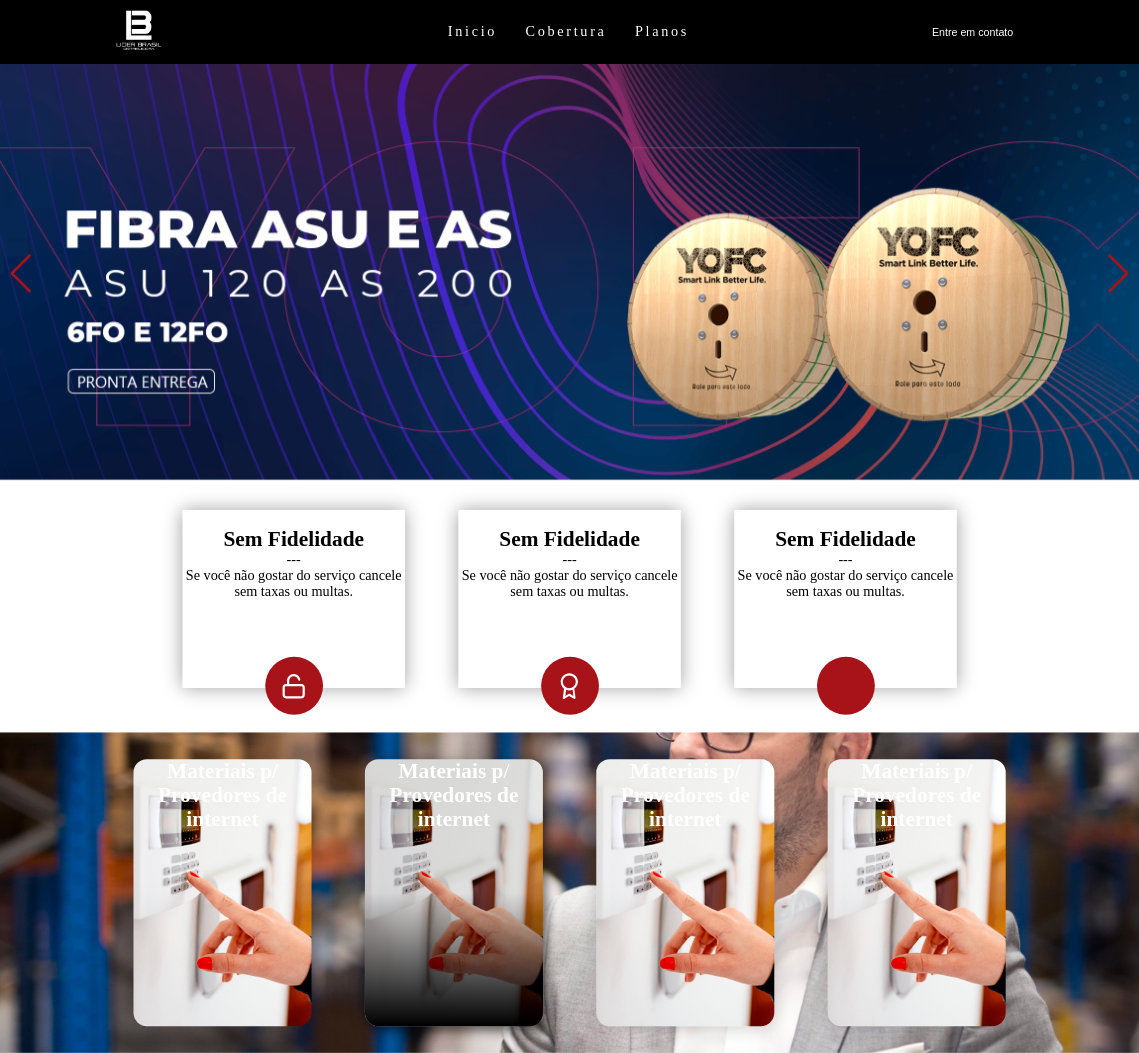
Repository: mateus-henrique-silva/Novo_institucional_lider
Page: index.html
These files come from the project's save history. The page is drawn as it stood at one moment and after a run of saves; the edit follows.
The browser window is 1280 px wide. The pictures show the whole page, at 89% of full size.
Backgrounds fixed to the window are drawn as part of the page. Some web fonts or font styles are not loaded; a fallback is used.

Above is the page before, as saved 2022-09-06 10:27:04.
Console error: SyntaxError: Identifier 'MobileNavbar' has already been declared

### index.html
<!DOCTYPE html>
<html lang="en">
  <head>
    <meta charset="UTF-8" />
    <meta http-equiv="X-UA-Compatible" content="IE=edge" />
    <meta name="viewport" content="width=device-width, initial-scale=1.0" />
    <meta
      name="viewport"
      content="width=device-width, user-scalable=yes, initial-scale=1.0, maximum-scale=10, minimum-scale=1.0"
    />
    <link rel="stylesheet" href="./src/CSS/Global.css" />
    <link rel="stylesheet" href="./src/CSS/Header/style.css" />
    <link rel="stylesheet" href="./src/CSS/Main/style.css" />
    <link rel="stylesheet" href="./src/CSS/Main/Carousel/styles.css" />
    <link rel="stylesheet" href="./src/CSS/Main/Box/style.css" />
    <link rel="stylesheet" href="./src/CSS/Main/Products/style.css" />
    <link
      rel="stylesheet"
      href="https://unpkg.com/swiper@8/swiper-bundle.min.css"
    />

    <title>Líder Brasil</title>
  </head>
  <body>
    <header>
      <nav>
        <a class="logo"
          ><img src="./src/Assets/Logo/lb.png" width="50" alt=""
        /></a>
        <div class="mobile-menu">
          <div class="line1"></div>
          <div class="line2"></div>
          <div class="line3"></div>
        </div>
        <ul class="nav-list">
          <li><a href="#network index.html">Inicio</a></li>
          <li><a href="#map-container">Cobertura</a></li>
          <li><a href="#container">Planos</a></li>
        </ul>
        <ul>
          <li style="list-style: none; font-size: 10px">
            <a
              href="#"
              style="
                font-size: 12px;
                padding: 10px;
                font-family: arial;
                color: white;
              "
              onclick="openForm()"
              class="contact-header"
              >Entre em contato</a
            >
          </li>
        </ul>
      </nav>
    </header>
    <main>
      <section>
        <div class="swiper">
          <div class="swiper-wrapper">
            <div class="swiper-slide">
              <div class="project-img">
                <img
                  src="./src/Assets/img/carrossel/desktop/drop-desktop.png"
                  alt="Foto 01"
                />
              </div>
              <div class="project-img" id="mobile-img">
                <img
                  src="./src/Assets/img/carrossel/mobile/drop-mobile.png"
                  alt="Foto 03"
                />
              </div>
            </div>
            <div class="swiper-slide">
              <div class="project-img">
                <img
                  src="./src/Assets/img/carrossel/desktop/escada-desktop.png"
                  alt="Foto 01"
                />
              </div>
              <div class="project-img" id="mobile-img">
                <img
                  src="./src/Assets/img/carrossel/mobile/escada-mobile.png"
                  alt="Foto 03"
                />
              </div>
            </div>
            <div class="swiper-slide">
              <div class="project-img">
                <img src="./src/Assets/img/teste6.png" alt="Foto 01" />
              </div>
              <div class="project-img" id="mobile-img">
                <img src="./src/Assets/img/foto_03.png" alt="Foto 03" />
              </div>
            </div>
          </div>
          <div class="swiper-button-next"></div>
          <div class="swiper-button-prev"></div>
          <div class="swiper-pagination"></div>
        </div>
      </section>
      <section>
        <div class="section-box">
          <!-- card 1 -->

          <ul>
            <li class="box">
              <div class="box-inter">
                <h1>Sem Fidelidade</h1>
                <p>---</p>

                <p>
                  Se você não gostar do serviço cancele sem taxas ou multas.
                </p>
              </div>

              <div class="obj">
                <img
                  src="./src/Assets/img/icons/unlock.svg"
                  alt="arrowup"
                  srcset=""
                />
              </div>
            </li>
            <!-- card 2 -->
            <li class="box">
              <div class="box-inter">
                <h1>Sem Fidelidade</h1>
                <p>---</p>

                <p>
                  Se você não gostar do serviço cancele sem taxas ou multas.
                </p>
              </div>

              <div class="obj">
                <img
                  src="./src/Assets/img/icons/award.svg"
                  alt="arrowup"
                  srcset=""
                />
              </div>
            </li>
            <!-- card 3 -->
            <li class="box">
              <div class="box-inter">
                <h1>Sem Fidelidade</h1>
                <p>---</p>

                <p>
                  Se você não gostar do serviço cancele sem taxas ou multas.
                </p>
              </div>

              <div class="obj">
                <img
                  src="./src/Assets/img/icons/chevrons-up.svg"
                  alt="arrowup"
                  srcset=""
                />
              </div>
            </li>
          </ul>
        </div>
      </section>

      <section>
        <div class="background">
          <img
            class="img"
            src="./src/Assets/img/icons/aBlack.svg"
            alt=""
            srcset=""
          />

          <ul>
            <li>
              <div class="products">
                <button>text</button>
                <div>
                  <h2>Materiais p/ Provedores de internet</h2>
                </div>

              </div>
            </li>

            <li>

              <div class="products">
                <div class="back-radient">
                <button>text</button>
                <div>
                  <h2>Materiais p/ Provedores de internet</h2>
                </div>

              </div>
            </div>
            </li>

            <li>
              <div class="products">
                <button>text</button>
                <div>
                  <h2>Materiais p/ Provedores de internet</h2>
                </div>

              </div>
            </li>
            <li>
              <div class="products">
                <button>text</button>
                <div>
                  <h2>Materiais p/ Provedores de internet</h2>
                </div>

              </div>
            </li>
          </ul>
        </div>
      </section>
    </main>
    <footer></footer>
    <script src="https://unpkg.com/swiper@8/swiper-bundle.min.js"></script>
    <script src="./src/Scripts/Carousel/scripts.js"></script>
    <script src="./src/Scripts/Mobile/scripts.js"></script>
    <script src="./src/Scripts/Global.js"></script>
  </body>
</html>

### src/CSS/Global.css
@import url("https://fonts.googleapis.com/css2?family=Montserrat:ital,wght@0,100;0,200;0,300;0,400;0,500;0,600;0,700;0,800;0,900;1,100;1,200;1,300;1,400;1,500;1,600;1,700;1,800;1,900&family=Source+Serif+Pro:ital,wght@0,200;0,300;0,400;0,600;0,700;0,900;1,200;1,300;1,400;1,600;1,700;1,900&display=swap");

* {
  font-family: 'Source Serif Pro', serif;
  margin: 0;
  padding: 0;
  border: 0;

}


body{

}

### src/CSS/Header/style.css
header {
  width: 100%;
  background-color: black;
  margin-top: 0;
}
a {
  color: black;
  text-decoration: none;
  transition: 0.3s;
}

a:hover {
  opacity: 0.7;
}

.logo {
  align-items: center;
  width: 6%;

  text-transform: uppercase;
  letter-spacing: 4px;
}

.logo h1 {
  font-size: 12px;
}

nav {
  display: flex;
  z-index: 1;

  width: 100%;
  margin-top: 0;

  justify-content: space-around;
  align-items: center;
  background-color: black;
  height: 10vh;
}

.nav-list {
  text-align: center;
  justify-content: center;
  list-style: none;
  display: flex;
  z-index: 1;
}

.nav-list li {
  letter-spacing: 3px;
  margin-left: 32px;
}
.nav-list li a {
  color: white;
}
.nav-list li a:hover {
  color: #ff073b;
}

.mobile-menu {
  display: none;
  margin-left: 80px;
  cursor: pointer;
}

.mobile-menu div {
  transition: 0.3s;

  width: 32px;
  height: 2px;
  background: white;
  margin: 8px;
}

@media (max-width: 950px) {
  body {
    overflow-x: hidden;
  }

  .nav-list {
    position: absolute;
    top: 7vh;
    right: 0;
    width: 100vw;
    height: 100vh;
    background-color: white;
    flex-direction: column;
    color: white;
    /* align-items: center; */
    display: none;
    justify-content:flex-start;
    transition: 0.4s ease-in;
    /* justify-content: space-around; */
    transform: translateX(100%);
  }

  .nav-list li {
    margin-top:100px;
    margin-left: 0;
    opacity: 0;
  }

  .mobile-menu {
    display: block;
  }
  .contact-header {
    display: none;
  }

  .logo {
    margin-left:10px;
    width: 60%;
  }
}

.nav-list.active {
  transition: 0.3s;
  overflow-y: hidden;
  position: fixed;
  z-index: 10000;
  background-color: black;
  transform: translateX(0);
  display: flex;
}

.nav-list.active li {
  color: white!important;
  font-weight:bold;
}

.nav-list.active li {
  color: white;
}

@keyframes navLinkFade {
  from {
    opacity: 0;
    transform: translateX(50px);
  }

  to {
    opacity: 1;
    transform: translateX(0);
  }
}

.mobile-menu.active .line1 {
  transform: rotate(-45deg) translate(-8px, 8px);
}

.mobile-menu.active .line2 {
  opacity: 0;
}

.mobile-menu.active .line3 {
  transform: rotate(45deg) translate(-5px, -7px);
}

### src/CSS/Main/style.css
main{
    width: 100%;
    height: 100%;

    max-width: 100vw;
}


section{

    width: 100%;
    max-width: 100vw;
    height: 100%;
}


ul li {
    list-style: none;
}

### src/CSS/Main/Carousel/styles.css
.swiper {
    height: 100%!important;

  }

  .swiper-slide {
    text-align: center;
    display: flex;
    height: 100%!important;
    align-items: center;
    justify-content: center;
  }

  @media (max-width: 450px) {
    .swiper {
      height: 270px;
    }

    .project-img img{
      width: 100%;
      height: 100%!important;
    }
  }

  .project-img img{
    width: 100%;
    /* height: 80vh; */
  }



  .swiper-pagination-bullet{
    color: white !important;
    /* margin-top:-10px!important; */
    background-color:white !important;
  }

  /*
    largura => 3840
    Altura => 420

  */


  .swiper-button-next:after, .swiper-button-prev:after{
    color:#a71319 !important;
  }

  #mobile-img{
    display: none;
  }


  @media(max-width:999px){
    #mobile-img{
      display: block!important;
    }


    .project-img{
      display:none;
    }
  }


.menu{
  display:flex;
  flex-direction:column;
}

### src/CSS/Main/Box/style.css
.section-box {
  width: 100%;

  justify-content: center;
  align-items: center;
  display: flex;
}

.box {
  display: flex;
  flex-direction: column;
  /* justify-content: center; */

  justify-content: flex-end;
  align-items: center;
  height: 100%;
  margin: 30px;
  margin-bottom: 20px;
  /* width: 100%; */
  /* background-color: red; */
}

@media (max-width: 770px) {
  .section-box {
    width: 100%;
    justify-content: space-around;
    flex-direction: column;
    display: flex;
  }

  .box-inter {
    background-color: white;
    height: 100px;
    width: 200px;
    /* width: 100%; */
  }
}

@media (max-width: 480px) {
  .box-inter {
    height: 170px !important;
    width: 170px !important;
    /* width: 100%; */
  }

  .obj {
    height: 45px !important;

    margin-top: -35px;
    width: 45px !important;
  }

  .obj img {
    width: 20px !important;
  }
}

.box-inter {
  background-color: white;
  height: 200px;
  width: 250px;
  -webkit-box-shadow: 0px 0px 20px 0px rgba(0, 0, 0, 0.37);
  box-shadow: 0px 0px 20px 0px rgba(0, 0, 0, 0.37);
  display: flex;

  flex-direction: column;
  align-items: center;
  text-align: center;

  /* width: 100%; */
}

.box-inter h1 {
  margin-top: 20px;
  font-size: clamp(1em, 1em + 1vw, 1.5em);
}

.box p {
  font-size: clamp(1em, 1em + 0.5vw, 0.5em);
}
.obj {
  background-color: #a71319;
  height: 65px;

  border-radius: 50%;
  display: flex;
  align-items: center;
  justify-content: center;
  margin-top: -35px;
  width: 65px;
}

.obj img {
  width: 30px;
}

.section-box ul {
  display: flex;
  overflow-x: auto;
  width: 100%;
  justify-content: center;
  scroll-behavior: smooth;
}

.section-box .img-arrow {
  display: none;
}

@media (max-width: 600px) {
  .section-box .img-arrow {
    display: flex;
    justify-content: flex-end;

    animation: mymove 0.8s infinite;
  }
  .section-box ul {
    display: flex;
    overflow-x: auto;
    width: 100%;
    justify-content: flex-start;
    scroll-behavior: smooth;
  }
  @keyframes mymove {
    from {
      left: 280px;
    }
    to {
      left: 300px;
    }
  }
}

### src/CSS/Main/Products/style.css
.background {
  width: 100%;
  background: url("../../../Assets/img/Background/medio.jpg") no-repeat center
    fixed;
  height: 100%;
  display: flex;
  justify-content: space-around;
  justify-content: center;
  align-items: center;
}
.background ul {
  display: flex;
  overflow-x: auto;
  overflow-y: hidden;
  scroll-behavior: smooth;
  /* width: 100px; */
}
.background img {
  display: none;
}

.background ul li .products .img {
  display: flex;
}

.products {
  margin: 30px;
  background: url("../../../Assets/img/Background/products/alarme.png")
    no-repeat center;
    border-radius:15px;

  background-size: 100%;
  justify-content: flex-end;
  height: 300px;
  width: 200px;
  -webkit-box-shadow: 0px 0px 20px 0px rgba(0, 0, 0, 0.2) !important;
  box-shadow: 0px 0px 20px 0px rgba(0, 0, 0, 0.2) !important;
  display: flex;
  text-align: center;


  box-sizing: border-box;
  transition: 0.5s;
}

.products div h2 {
  margin-bottom: 15px;
   color:white;
  transition:2s;
}
.products:hover {
 align-items: center;
  transition:2s;
}
.products:hover div h2 {

  display: none;
}
@media (max-width: 600px) {
  .background .img {
    position: absolute;
    margin-top: 170px;
    display: flex;
    justify-content: flex-end;
    animation: mymove 0.8s infinite;
  }

  @keyframes mymove {
    from {
      left: 280px;
    }
    to {
      left: 300px;
    }
  }
}

.products button {
  background-color: black;
  display: none;
  color: white;
  cursor: pointer;
  transition: 0.7s;
  padding: 8px 25px 8px;
}

.products:hover button {
  background-color: black;
  display: flex;

  color: white;
  cursor: pointer;
  padding: 8px 25px 8px;
}
.back-radient{
  width: 100%;
height: 100%;

display: flex;
/* align-items: center; */
justify-content: center;

background: linear-gradient(180deg, rgba(0, 0, 0, 0.0962963) 50%, #000000 100%);
box-shadow: 5px 6px 11px rgba(0, 0, 0, 0.45);
border-radius: 15px;
}

### src/Scripts/Mobile/scripts.js
class MobileNavbar{


    constructor(mobileMenu, navList, navLinks){
        this.mobileMenu = document.querySelector(mobileMenu);
        this.navList = document.querySelector(navList);
        this.navLinks = document.querySelectorAll(navLinks);
        this.activeClass = "active";
        this.hadleClick =  this.hadleClick.bind(this);


    }

    animateLinks(){
        this.navLinks.forEach((link, index)=>{

            var calc = index/7+0.3;


            link.style.animation
            ?(link.style.animation="")
            :(link.style.animation= `navLinkFade 0.5s ease forwards ${calc}s`);


        });


    }


    hadleClick(){


        this.navList.classList.toggle(this.activeClass);
        this.mobileMenu.classList.toggle(this.activeClass);
        this.animateLinks();
    }

    addClickEvent(){
        this.mobileMenu.addEventListener("click", this.hadleClick);


    }

    init(){

        if(this.mobileMenu){

            this.addClickEvent();
        }
        return this;
    }
    }



    const mobileNavbar = new MobileNavbar(

        ".mobile-menu",

        ".nav-list",

        ".nav-list li",


        );


    mobileNavbar.init();

### src/Scripts/Global.js
document.onmousedown=disableclick;
function disableclick(event)
{
  if(event.button==2)
   {
     return false;
   }
}

### src/Assets/img/icons/award.svg
<?xml version="1.0" encoding="utf-8"?>
<!-- Generator: Adobe Illustrator 24.0.1, SVG Export Plug-In . SVG Version: 6.00 Build 0)  -->
<svg version="1.1" id="Camada_1" xmlns="http://www.w3.org/2000/svg" xmlns:xlink="http://www.w3.org/1999/xlink" x="0px" y="0px"
	 viewBox="0 0 24 24" style="enable-background:new 0 0 24 24;" xml:space="preserve">
<style type="text/css">
	.st0{fill:#FFFFFF;}
</style>
<path class="st0" d="M19.5,8.1c0-4.3-3.5-7.7-7.7-7.7S4,3.9,4,8.1c0,2.5,1.2,4.7,3,6.1l-1.1,8.3c0,0.4,0.1,0.7,0.4,0.9
	c0.3,0.2,0.7,0.2,1,0l4.3-2.6l4.3,2.6c0.2,0.1,0.3,0.1,0.5,0.1c0.2,0,0.4-0.1,0.5-0.2c0.3-0.2,0.5-0.6,0.4-0.9l-1.1-8.3
	C18.3,12.8,19.5,10.6,19.5,8.1z M5.9,8.1c0-3.2,2.6-5.8,5.8-5.8s5.8,2.6,5.8,5.8s-2.6,5.8-5.8,5.8S5.9,11.3,5.9,8.1z M15.4,20.8
	l-3.1-1.9c-0.3-0.2-0.7-0.2-1,0l-3.1,1.9l0.7-5.5c0.9,0.4,1.9,0.6,2.9,0.6c1,0,2-0.2,2.9-0.6L15.4,20.8z"/>
</svg>

### src/Assets/img/icons/chevrons-up.svg
<svg xmlns="http://www.w3.org/2000/svg" width="24" height="24" viewBox="0 0 24 24" fill="none" stroke="" stroke-width="2" stroke-linecap="round" stroke-linejoin="round" class="feather feather-chevrons-up"><polyline points="17 11 12 6 7 11"></polyline><polyline points="17 18 12 13 7 18" color="white"></polyline></svg>

After the next 2 saves:
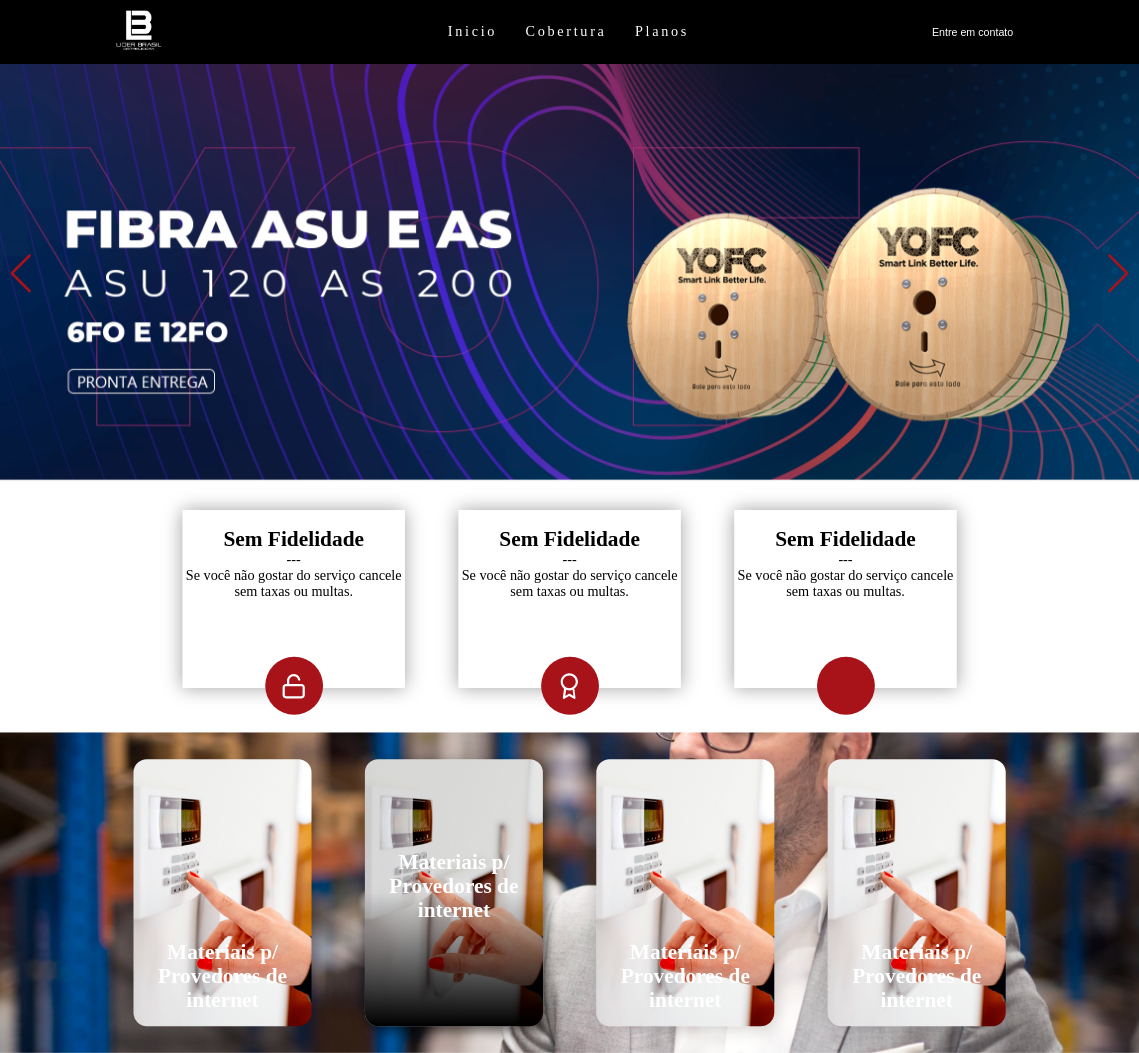
The 2 saves are shown as one change because they came seconds apart.
The last was saved 10 s later.
--- a/src/CSS/Main/Products/style.css
+++ b/src/CSS/Main/Products/style.css
@@ -37,8 +37,8 @@
   box-shadow: 0px 0px 20px 0px rgba(0, 0, 0, 0.2) !important;
   display: flex;
   text-align: center;
-
-
+  flex-direction: column;
+  align-items: center;
   box-sizing: border-box;
   transition: 0.5s;
 }
@@ -49,7 +49,7 @@
   transition:2s;
 }
 .products:hover {
- align-items: center;
+  justify-content: center;
   transition:2s;
 }
 .products:hover div h2 {
@@ -97,7 +97,7 @@
 height: 100%;
 
 display: flex;
-/* align-items: center; */
+align-items: center;
 justify-content: center;
 
 background: linear-gradient(180deg, rgba(0, 0, 0, 0.0962963) 50%, #000000 100%);
